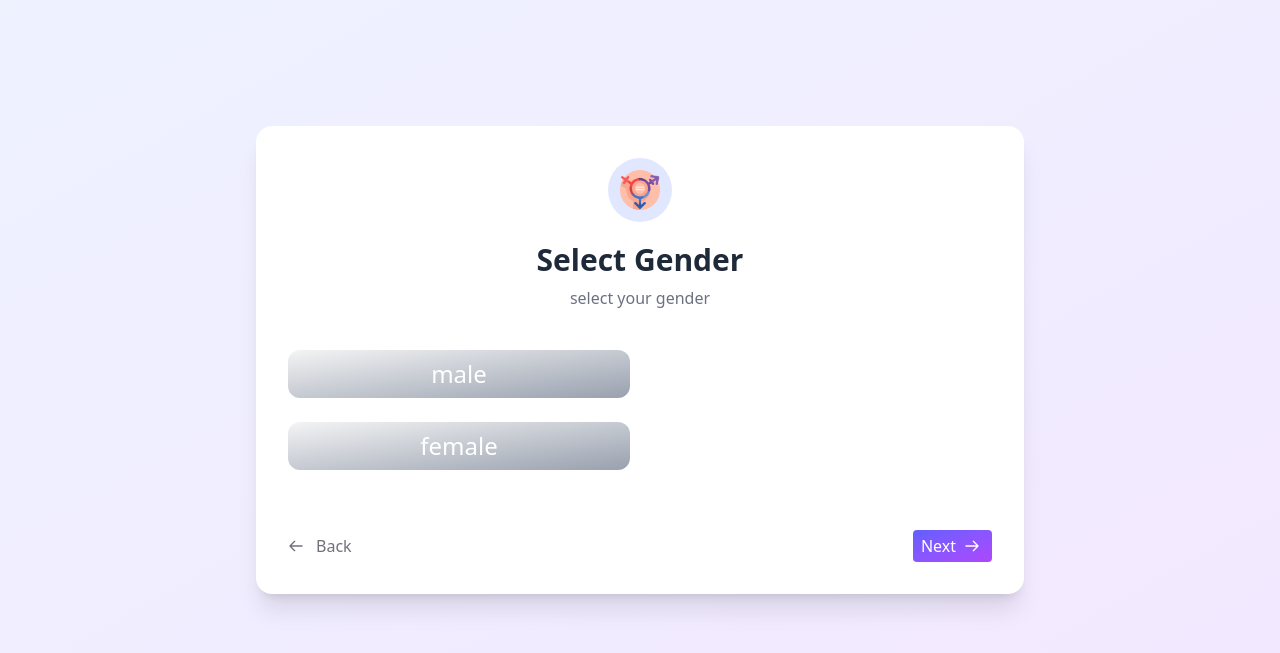
Repository: aryan151pratap/FitPanda
Page: / (app in frontened/)
These files come from the project's save history. The page is drawn as it stood at one moment and after the next save; the edit follows.
The browser window is 1280 px wide. The pictures show the whole page.
The project was rebuilt for these pictures with package versions that can differ from the ones it lists, and the page was loaded fresh each time. Also part of the build but not shown: frontened/vite.config.js, frontened/src/App.css, frontened/src/components/page_1.jsx, frontened/src/login/login.jsx, frontened/src/login/sign_up.jsx, frontened/src/login/otp.jsx, frontened/src/notification/notify.jsx, frontened/src/about_user/details.jsx.

Above is the page before, as saved 2025-06-06 00:28:06.

After the next save:
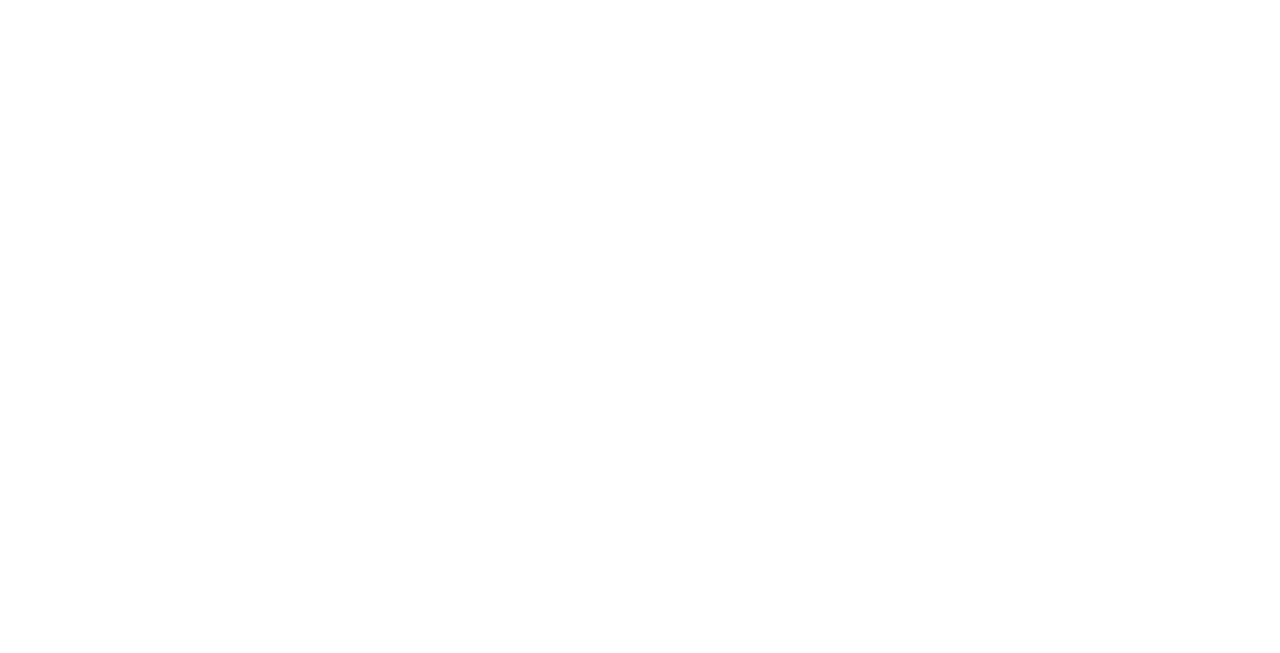
Console error: ReferenceError: gender is not defined
Saved 115 s later.
--- a/frontened/src/about_user/gender.jsx
+++ b/frontened/src/about_user/gender.jsx
@@ -5,7 +5,6 @@
 
 
 function Gender({ data, setData }){
-	const [gender, setGender] = useState('');
 	const [media, setMedia] = useState();
 
 	const gen = [
@@ -26,15 +25,15 @@
 			<div>
 				<div className="text-center">
 					<div className="mx-auto flex items-center justify-center w-16 h-16 bg-indigo-100 rounded-full mb-5">
-					{gender === "male" ?
+					{data.gender === "male" ?
 						<svg xmlns="http://www.w3.org/2000/svg" className="h-8 w-8 text-blue-600" fill="none" viewBox="0 0 24 24" stroke="currentColor">
 							<path strokeLinecap="round" strokeLinejoin="round" strokeWidth={2} d="M13 7h4a1 1 0 011 1v4m-7 7a5 5 0 100-10 5 5 0 000 10zm6-10l-5 5" />
 						</svg>
-						: gender === 'female' ?
+						: data.gender === 'female' ?
 						<svg xmlns="http://www.w3.org/2000/svg" className="h-8 w-8 text-pink-600" fill="none" viewBox="0 0 24 24" stroke="currentColor">
 							<path strokeLinecap="round" strokeLinejoin="round" strokeWidth={2} d="M12 14v7m0 0h3m-3 0H9m3-7a5 5 0 100-10 5 5 0 000 10z" />
 						</svg>
-						: gender === 'other' ?
+						: data.gender === 'other' ?
 						<svg xmlns="http://www.w3.org/2000/svg" className="h-8 w-8 text-purple-600" fill="none" viewBox="0 0 24 24" stroke="currentColor">
 							<path strokeLinecap="round" strokeLinejoin="round" strokeWidth={2} d="M12 3v3m0 0a5 5 0 110 10m0-10a5 5 0 100 10m0 0v4m-3 0h6" />
 						</svg>

After the 2 saves that followed:
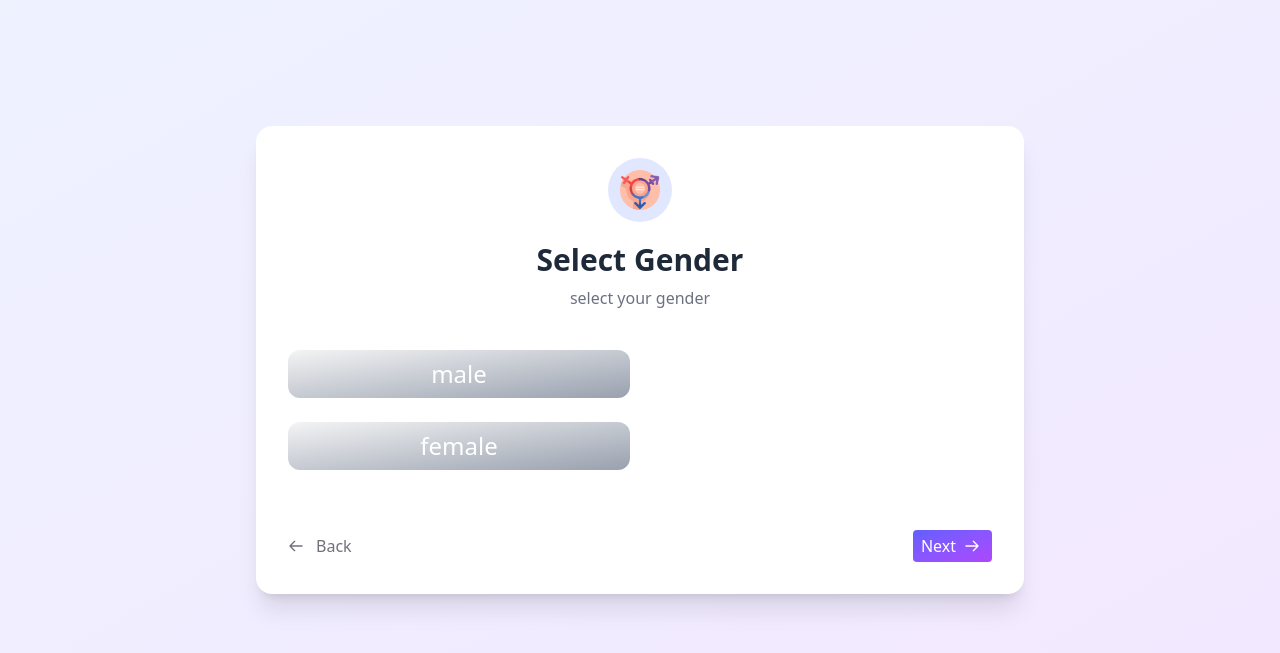
The error is gone.
The 2 saves are shown as one change because 1 left the picture as it was.
The last was saved 65 s later.
--- a/frontened/src/about_user/gender.jsx
+++ b/frontened/src/about_user/gender.jsx
@@ -13,13 +13,9 @@
 	];
 
 	const handle_select_gender = function(i){
-		setGender(i.name);
+		setData({ ...data, gender: i.name });
 		setMedia(i.media);
 	}
-
-	useEffect(() => {
-		setData({ ...data, gender: gender})
-	},[gender])
 
 	return(
 			<div>
@@ -54,7 +50,7 @@
 					<div className="w-fill flex flex-col gap-6 mt-5">
 					{gen.map((i, index) => (
 						<div key={index} className="">
-							<button className={`w-full p-2 text-white text-2xl rounded-xl bg-gradient-to-br ${gender === i.name ? 'from-indigo-500 to-purple-500' : 'from-zinc-100 to-gray-400'} cursor-pointer transition hover:px-4`}
+							<button className={`w-full p-2 text-white text-2xl rounded-xl bg-gradient-to-br ${data.gender === i.name ? 'from-indigo-500 to-purple-500' : 'from-zinc-100 to-gray-400'} cursor-pointer transition hover:px-4`}
 							onClick={() => handle_select_gender(i)}
 							>
 								{i.name}
